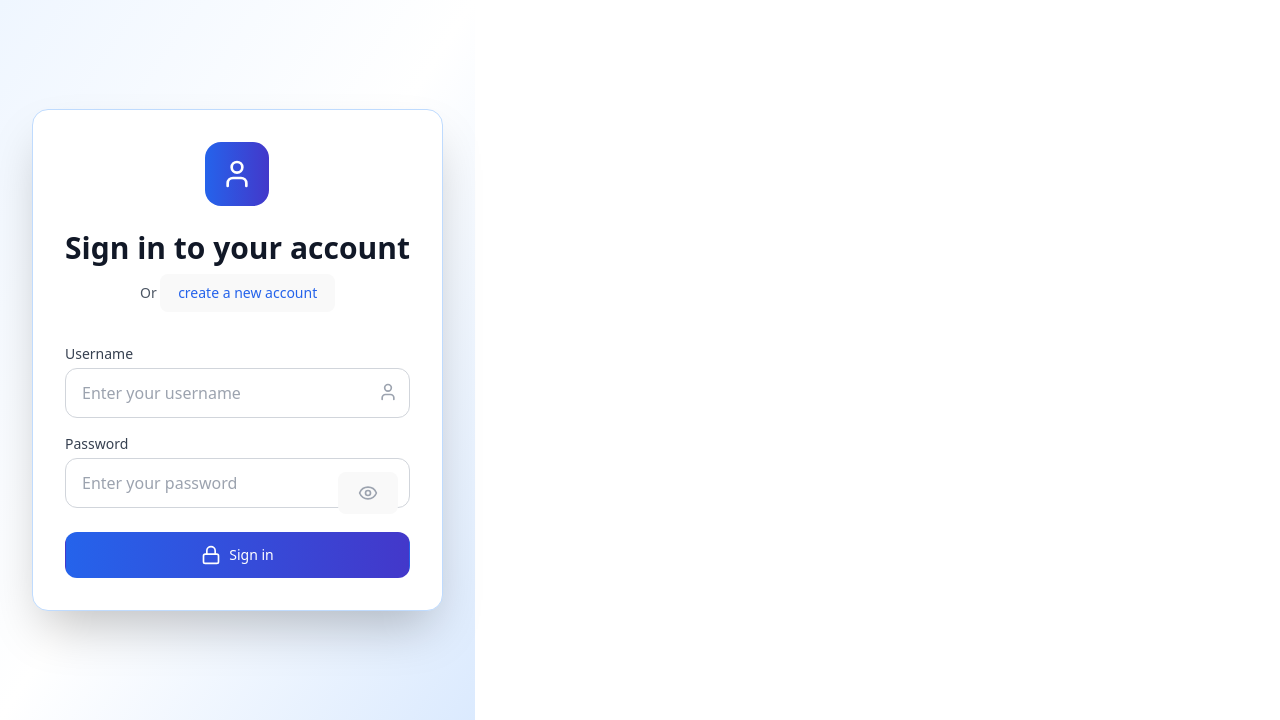
Repository: anushankari123/healtcare
Page: / (app in healthcare-assistant/)
The author's editor kept a copy of each file at every save. The page is drawn from the files as they stood at one save, then again after the next save.
The browser window is 1280 px wide. The pictures show the whole page.
Some web libraries are served in a nearby version. The project was rebuilt for these pictures with package versions that can differ from the ones it lists, and the page was loaded fresh each time. Also part of the build but not shown: healthcare-assistant/vite.config.js, healthcare-assistant/src/components/Register.jsx, healthcare-assistant/src/components/HealthcareDiagnosisApp.jsx.

Above is the page before, as saved 2025-09-17 17:12:14.

After the next save:
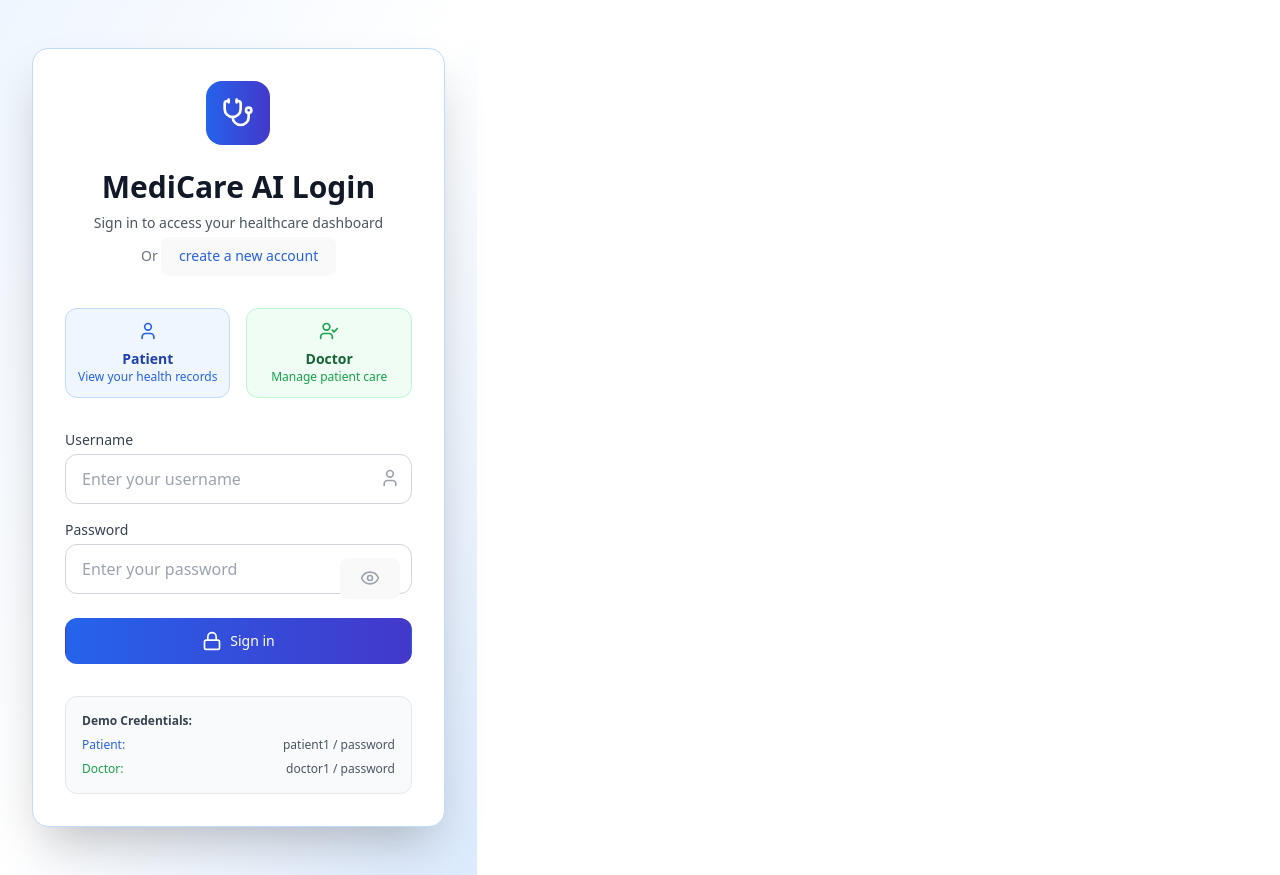
Saved 29 h 48 min later.
--- a/healthcare-assistant/src/components/Login.jsx
+++ b/healthcare-assistant/src/components/Login.jsx
@@ -1,5 +1,5 @@
 import React, { useState } from 'react';
-import { Eye, EyeOff, User, Lock, AlertCircle } from 'lucide-react';
+import { Eye, EyeOff, User, Lock, AlertCircle, Stethoscope, UserCheck } from 'lucide-react';
 
 const Login = ({ onLogin, switchToRegister }) => {
   const [formData, setFormData] = useState({
@@ -53,12 +53,15 @@ const Login = ({ onLogin, switchToRegister }) => {
       <div className="max-w-md w-full space-y-8 bg-white p-8 rounded-2xl shadow-2xl border border-blue-200">
         <div>
           <div className="mx-auto h-16 w-16 bg-gradient-to-r from-blue-600 to-indigo-700 rounded-2xl flex items-center justify-center">
-            <User className="h-8 w-8 text-white" />
+            <Stethoscope className="h-8 w-8 text-white" />
           </div>
           <h2 className="mt-6 text-center text-3xl font-extrabold text-gray-900">
-            Sign in to your account
+            MediCare AI Login
           </h2>
           <p className="mt-2 text-center text-sm text-gray-600">
+            Sign in to access your healthcare dashboard
+          </p>
+          <p className="mt-1 text-center text-sm text-gray-500">
             Or{' '}
             <button
               onClick={switchToRegister}
@@ -69,7 +72,25 @@ const Login = ({ onLogin, switchToRegister }) => {
           </p>
         </div>
 
-        <form className="mt-8 space-y-6" onSubmit={handleSubmit}>
+        {/* User Type Indicators */}
+        <div className="grid grid-cols-2 gap-4">
+          <div className="bg-blue-50 p-3 rounded-xl border border-blue-200">
+            <div className="flex items-center justify-center mb-2">
+              <User className="h-5 w-5 text-blue-600" />
+            </div>
+            <p className="text-sm font-semibold text-blue-800 text-center">Patient</p>
+            <p className="text-xs text-blue-600 text-center">View your health records</p>
+          </div>
+          <div className="bg-green-50 p-3 rounded-xl border border-green-200">
+            <div className="flex items-center justify-center mb-2">
+              <UserCheck className="h-5 w-5 text-green-600" />
+            </div>
+            <p className="text-sm font-semibold text-green-800 text-center">Doctor</p>
+            <p className="text-xs text-green-600 text-center">Manage patient care</p>
+          </div>
+        </div>
+
+        <div className="mt-8 space-y-6">
           {error && (
             <div className="rounded-md bg-red-50 p-4 flex items-center">
               <AlertCircle className="h-5 w-5 text-red-400 mr-2" />
@@ -79,12 +100,11 @@ const Login = ({ onLogin, switchToRegister }) => {
 
           <div className="space-y-4">
             <div>
-              <label htmlFor="username" className="block text-sm font-medium text-gray-700">
+              <label className="block text-sm font-medium text-gray-700">
                 Username
               </label>
               <div className="mt-1 relative">
                 <input
-                  id="username"
                   name="username"
                   type="text"
                   required
@@ -98,12 +118,11 @@ const Login = ({ onLogin, switchToRegister }) => {
             </div>
 
             <div>
-              <label htmlFor="password" className="block text-sm font-medium text-gray-700">
+              <label className="block text-sm font-medium text-gray-700">
                 Password
               </label>
               <div className="mt-1 relative">
                 <input
-                  id="password"
                   name="password"
                   type={showPassword ? 'text' : 'password'}
                   required
@@ -129,7 +148,7 @@ const Login = ({ onLogin, switchToRegister }) => {
 
           <div>
             <button
-              type="submit"
+              onClick={handleSubmit}
               disabled={isLoading}
               className="group relative w-full flex justify-center py-3 px-4 border border-transparent text-sm font-medium rounded-xl text-white bg-gradient-to-r from-blue-600 to-indigo-700 hover:from-blue-700 hover:to-indigo-800 focus:outline-none focus:ring-2 focus:ring-offset-2 focus:ring-blue-500 disabled:opacity-50 transition-all duration-200"
             >
@@ -143,7 +162,22 @@ const Login = ({ onLogin, switchToRegister }) => {
               )}
             </button>
           </div>
-        </form>
+        </div>
+
+        {/* Demo credentials */}
+        <div className="bg-gray-50 p-4 rounded-xl border border-gray-200">
+          <p className="text-xs font-semibold text-gray-700 mb-2">Demo Credentials:</p>
+          <div className="grid grid-cols-1 gap-2 text-xs">
+            <div className="flex justify-between">
+              <span className="text-blue-600 font-medium">Patient:</span>
+              <span className="text-gray-600">patient1 / password</span>
+            </div>
+            <div className="flex justify-between">
+              <span className="text-green-600 font-medium">Doctor:</span>
+              <span className="text-gray-600">doctor1 / password</span>
+            </div>
+          </div>
+        </div>
       </div>
     </div>
   );
